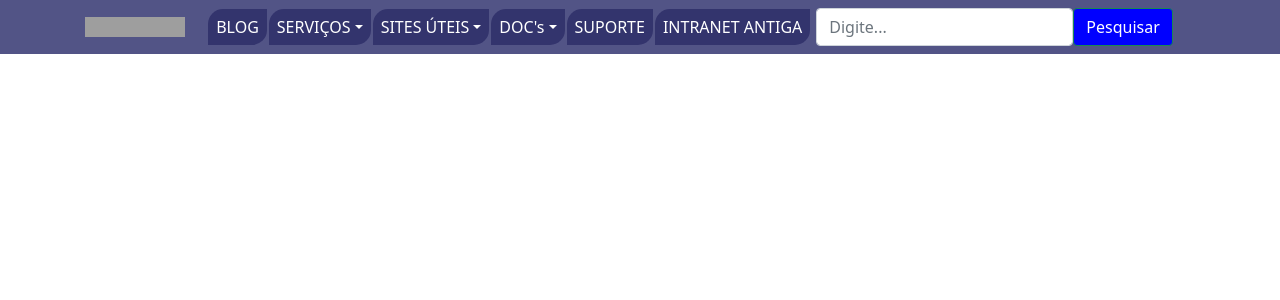
Repository: Leandromarim/INTRANET_PARTICULAR
Page: header.html
These files come from the project's save history. The page is drawn as it stood at one moment and after the next save; the edit follows.
The browser window is 1280 px wide. The pictures show the whole page.
Pictures or frames that could not be fetched are drawn as grey boxes.

Above is the page before, as saved 2021-12-14 10:53:46.

After the next save:
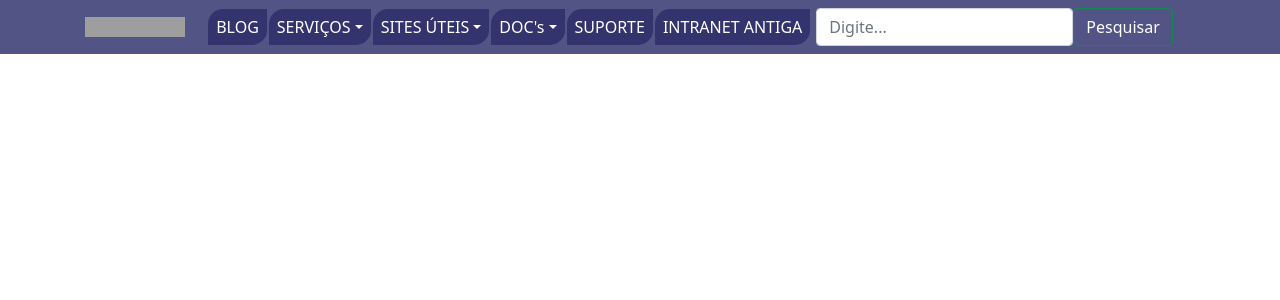
Saved 27 s later.
--- a/assets/css/header.css
+++ b/assets/css/header.css
@@ -77,5 +77,5 @@ nav ul li a {
 }
 
 button.button-pesquisar{
-    background-color: blue;
+    background-color: #525486;
 }
